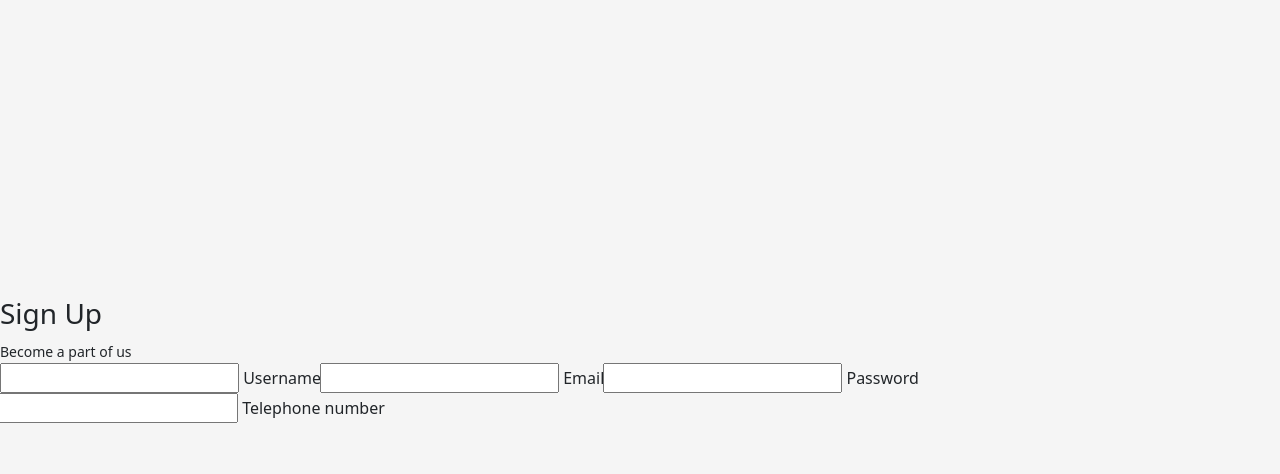
Repository: MauDucKG/BigFarm
Page: http://localhost/BigFarm/views/main/register/index.php
The author's editor kept a copy of each file at every save. The page is drawn from the files as they stood at one save, then again after the next save.
The browser window is 1280 px wide. The pictures show the whole page.
Some web libraries are served in a nearby version. The page is run by PHP 8.4 with error messages shown; the project is at /var/www/html/.

Above is the page before, as saved 2023-04-26 17:59:33.

After the next save:
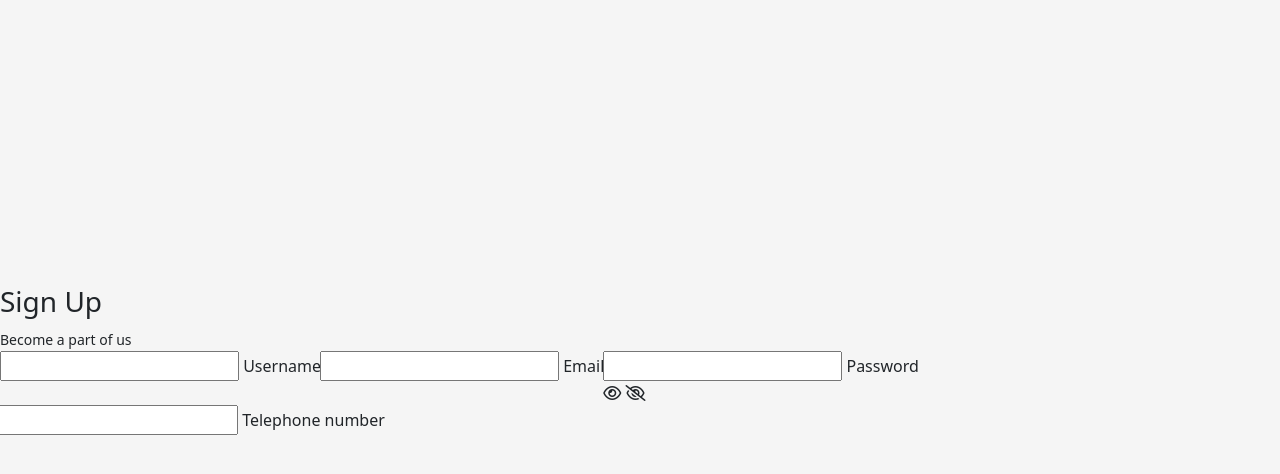
Saved 102 s later.
--- a/views/main/register/index.php
+++ b/views/main/register/index.php
@@ -7,7 +7,7 @@
 	<title>Register</title>
 	<link href="https://cdn.jsdelivr.net/npm/bootstrap@5.2.2/dist/css/bootstrap.min.css" rel="stylesheet" integrity="sha384-Zenh87qX5JnK2Jl0vWa8Ck2rdkQ2Bzep5IDxbcnCeuOxjzrPF/et3URy9Bv1WTRi" crossorigin="anonymous">
 	<link rel="stylesheet" href="assets/stylesheets/register.css">
-
+    <script src="https://kit.fontawesome.com/4ccf3877a2.js" crossorigin="anonymous"></script>
 </head>
 
 <body>
